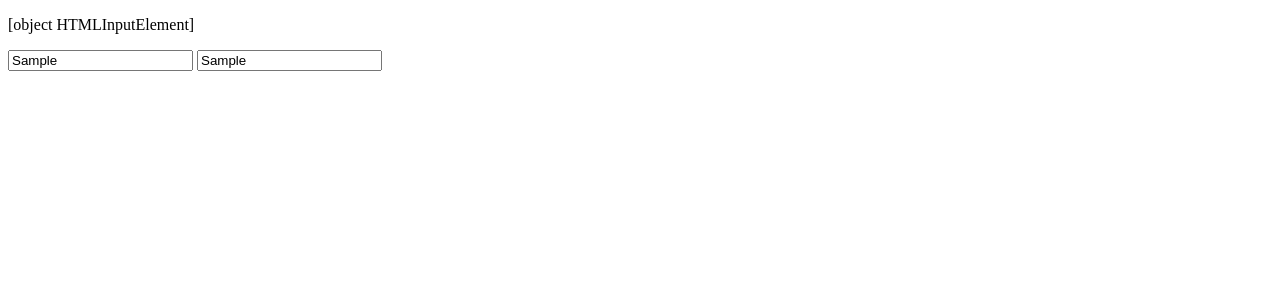
Repository: Priyanshubhartistm/webDev
Page: Jquery/index.html
An editor plug-in stored every save of this project. The page is shown before and after the next save, followed by the edit.
The browser window is 1280 px wide. The pictures show the whole page.
Empty fields were first filled with sample values (such as "Sample", 5 or name@example.com).
After loading, the first visible `input.input` was changed once.

Above is the page before, as saved 2021-07-01 19:16:46.

### Jquery/index.html
<!DOCTYPE html>
<html lang="en">

<head>
    <meta charset="UTF-8">
    <meta http-equiv="X-UA-Compatible" content="IE=edge">
    <meta name="viewport" content="width=device-width, initial-scale=1.0">
    <title>Document</title>
</head>

<body>
    <p class="reflextion">Example Text</p>
    <input type="text" class="input" placeholder="1" />
    <input type="text" class="input" placeholder="2" />

    <script src="https://code.jquery.com/jquery-3.6.0.slim.min.js"
        integrity="sha256-u7e5khyithlIdTpu22PHhENmPcRdFiHRjhAuHcs05RI=" crossorigin="anonymous"></script>

    <script>
        //   1. Single List Change
        // $($(".input")[1]).change(function(){
        //     console.log("changed");
        // });

        //  2. Complete List Change
        // <script>
        // $(".input").change(function(){
        //     console.log("changed");
        // });


        //    $("input").on(".input").change(function () {
        //         console.log("changed");
        //     });


        $("input").on(".input").change(function (e) {
           $("p").text(e.currentTarget)
        });

    </script>
</body>

</html>

After the next save:
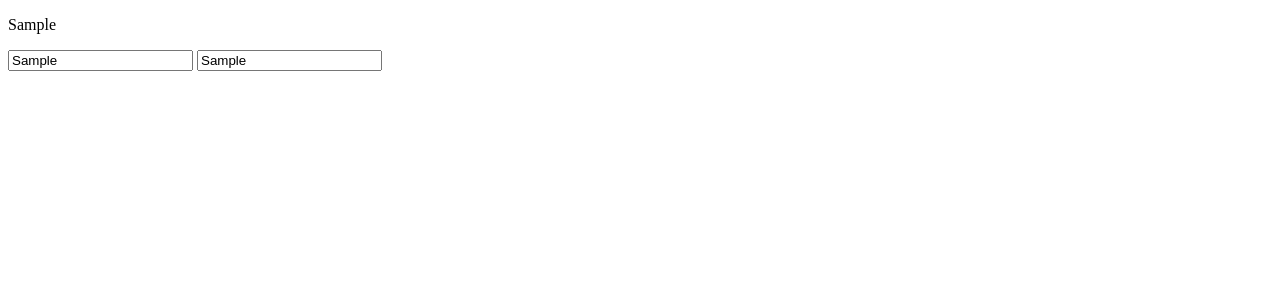
Saved 4 s later.
--- a/Jquery/index.html
+++ b/Jquery/index.html
@@ -35,7 +35,7 @@
 
 
         $("input").on(".input").change(function (e) {
-           $("p").text(e.currentTarget)
+           $("p").text(e.currentTarget.value)
         });
 
     </script>
